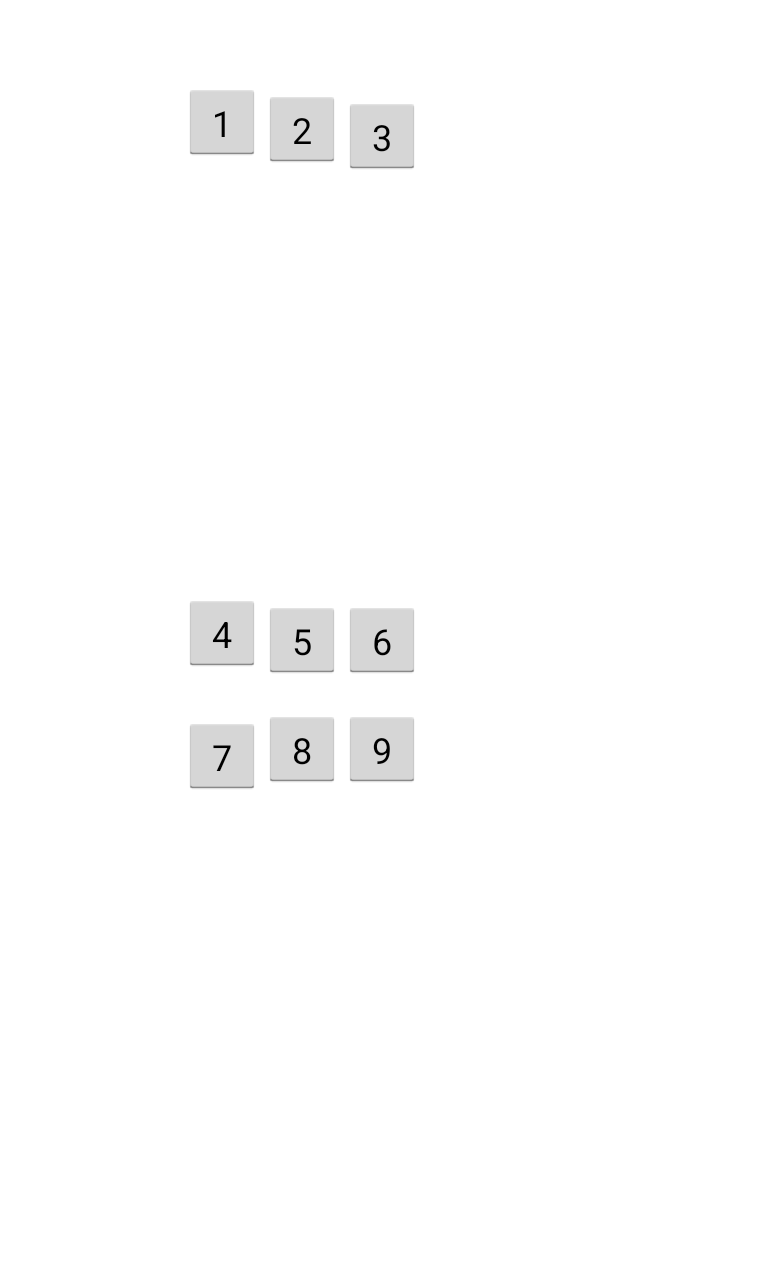
Repository: khushboop-optimus/Android-Assignment
Layout: calculator/res/layout/activity_main.xml
An editor plug-in stored every save of this project. The layout is shown before and after the next save, followed by the edit.
It is drawn on a 768 x 1280 px phone screen (xhdpi) without system bars, with theme AppTheme; the app's code is not run.

Above is the layout before, as saved 2013-09-12 12:43:34.

After the next save:
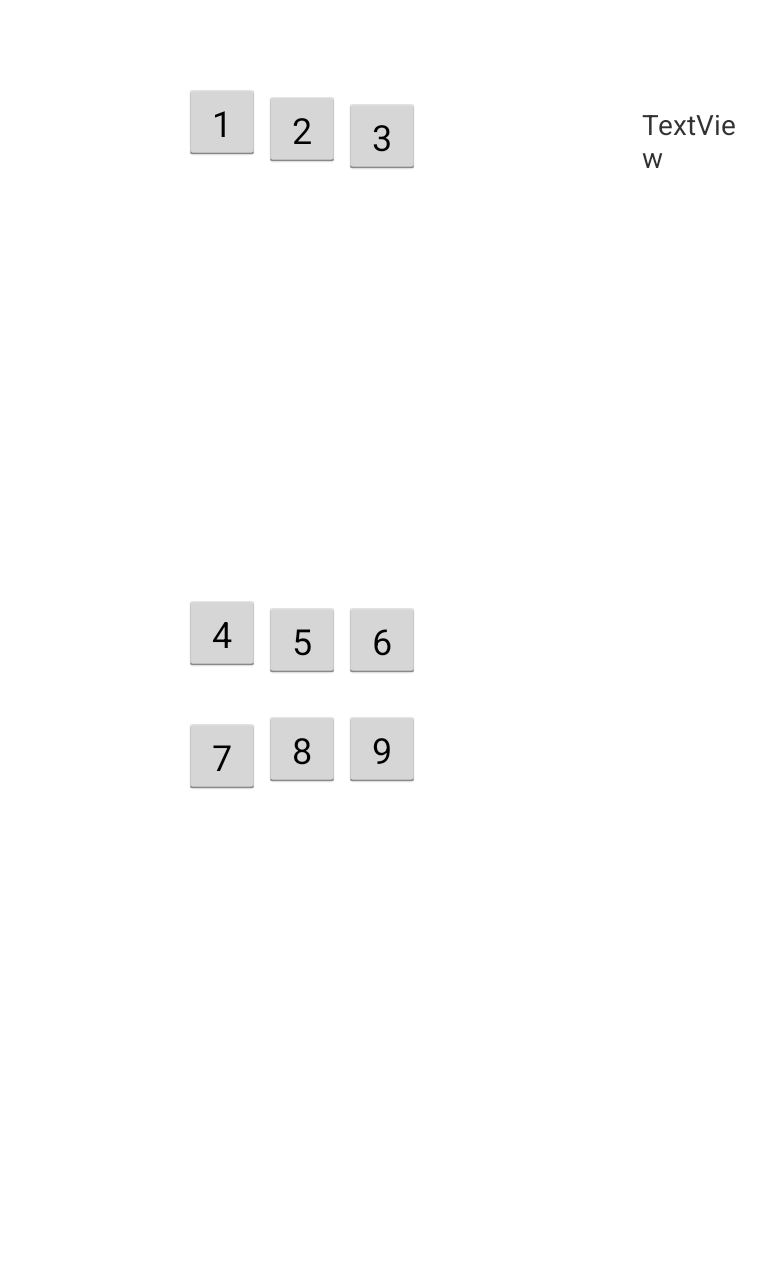
Saved 77 s later.
--- a/calculator/res/layout/activity_main.xml
+++ b/calculator/res/layout/activity_main.xml
@@ -88,4 +88,13 @@
                 android:layout_toRightOf="@+id/7"
                 android:text="8" />
 
+            <TextView
+                android:id="@+id/textView1"
+                android:layout_width="wrap_content"
+                android:layout_height="wrap_content"
+                android:layout_alignBottom="@+id/3"
+                android:layout_marginLeft="110dp"
+                android:layout_toRightOf="@+id/3"
+                android:text="TextView" />
+
 </RelativeLayout>
